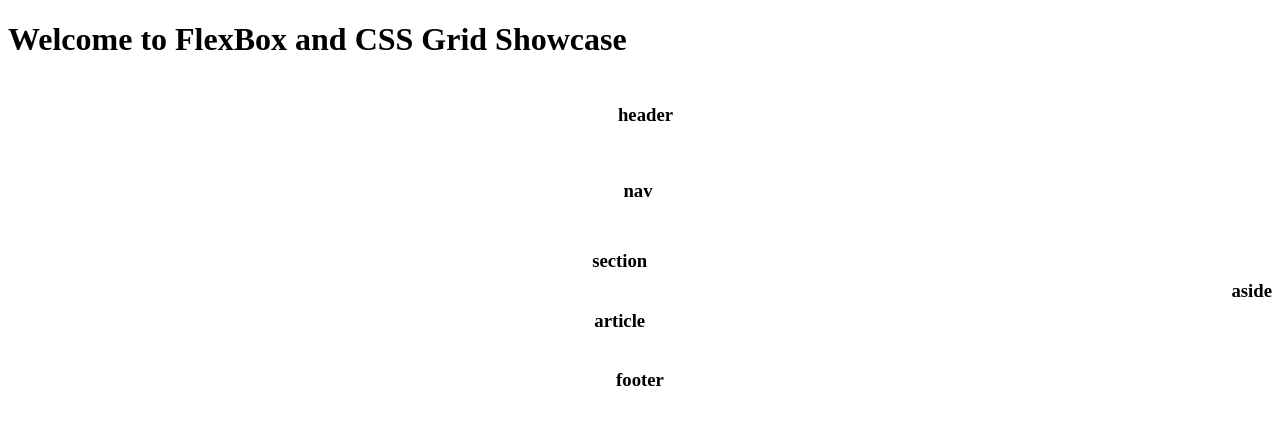
Repository: Awhit-commits/CSS_GRID_AND_FLEXBOX_LESSON
Page: index.html
An editor plug-in stored every save of this project. The page is shown before and after a run of saves, followed by the edit.
The browser window is 1280 px wide. The pictures show the whole page.

Above is the page before, as saved 2020-12-21 18:08:55.

After the next 2 saves:
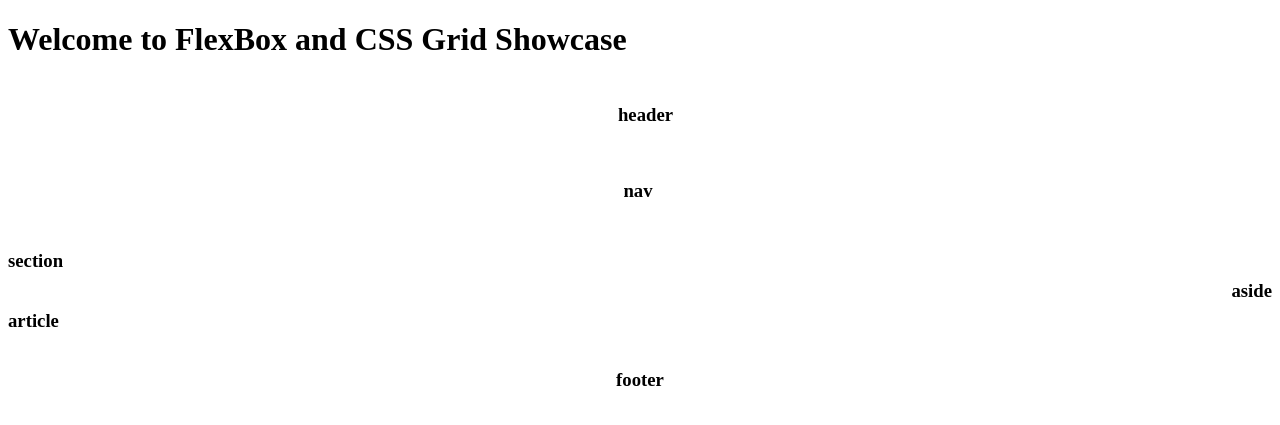
The 2 saves are shown as one change because they came seconds apart.
The last was saved 10 s later.
--- a/style.css
+++ b/style.css
@@ -26,7 +26,7 @@
     display: flex;
     flex-direction: column;
     width:100%;
-    align-items: center;
+    align-items:flex-start;
 }
 .header{
     /* flex: 1 1 auto; */
